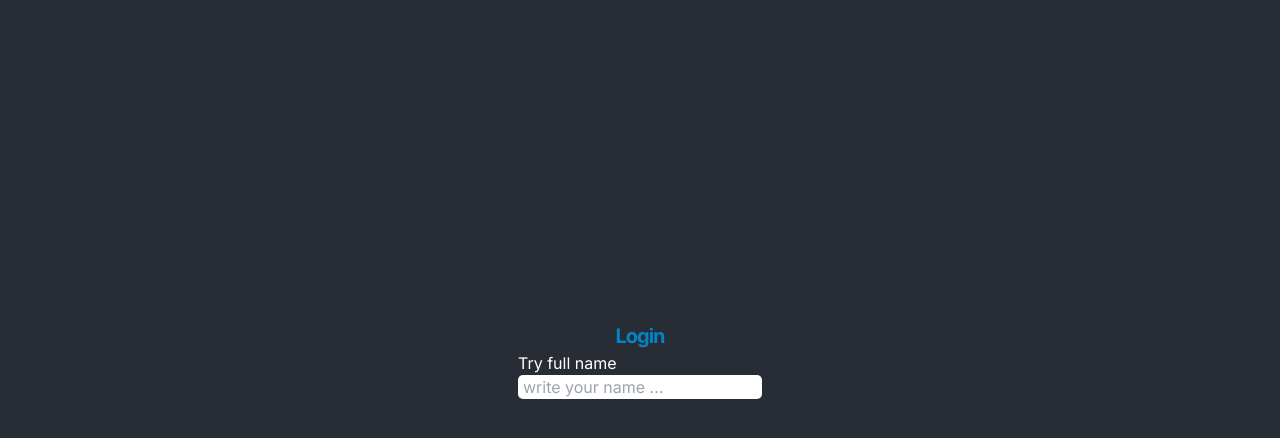
Repository: devsecops-node/simple-play
Page: /
The author's editor kept a copy of each file at every save. The page is drawn from the files as they stood at one save, then again after the next save.
The browser window is 1280 px wide. The pictures show the whole page.
The project was rebuilt for these pictures with package versions that can differ from the ones it lists, and the page was loaded fresh each time. The framework's server and built-in components were replaced by stand-ins that run in the browser. Also part of the build but not shown: next.config.mjs.

Above is the page before, as saved 2024-06-21 12:23:20.

### src/app/(main)/page.tsx
import Image from "next/image";
import Container from "../_components/Container";

export default function Home() {
  return (
    <Container>
      <h1 className="text-[20px] text-sky-600 font-bold tracking-tighter">Login</h1>
      <form action="/" className="flex flex-col">
        <section className="flex flex-col">
          <label htmlFor="name" >Try full name</label>
          <input type="text" placeholder="write your name ..." id="name"/>
        </section>
      </form>
    </Container>
  );
}

### src/app/globals.css
@tailwind base;
@tailwind components;
@tailwind utilities;

:root {
  --foreground-rgb: 0, 0, 0;
  --background-start-rgb: 214, 219, 220;
  --background-end-rgb: 255, 255, 255;
}

@media (prefers-color-scheme: dark) {
  :root {
    --foreground-rgb: 255, 255, 255;
    --background-start-rgb: 0, 0, 0;
    --background-end-rgb: 0, 0, 0;
  }
}

body {
  color: rgb(var(--foreground-rgb));
  background: linear-gradient(
      to bottom,
      transparent,
      rgb(var(--background-end-rgb))
    )
    rgb(var(--background-start-rgb));
}

@layer utilities {
  .text-balance {
    text-wrap: balance;
  }
}

input{
  color: black;
  padding: 0 5px;
  border-radius: 5px;
  -webkit-border-radius: 5px;
  -moz-border-radius: 5px;
  -ms-border-radius: 5px;
  -o-border-radius: 5px;
}

### src/app/_components/Container.tsx
import React from 'react'

const Container = ({ children }: { children: React.ReactNode }) => {
  return (
    <div className='bg-[#282c34] h-screen text-white flex flex-col justify-center items-center'>
      {children}
    </div>
  )
}

export default Container

Loaded but not shown: src/app/layout.tsx (common file); tailwind.config.ts (common file)

After the next save:
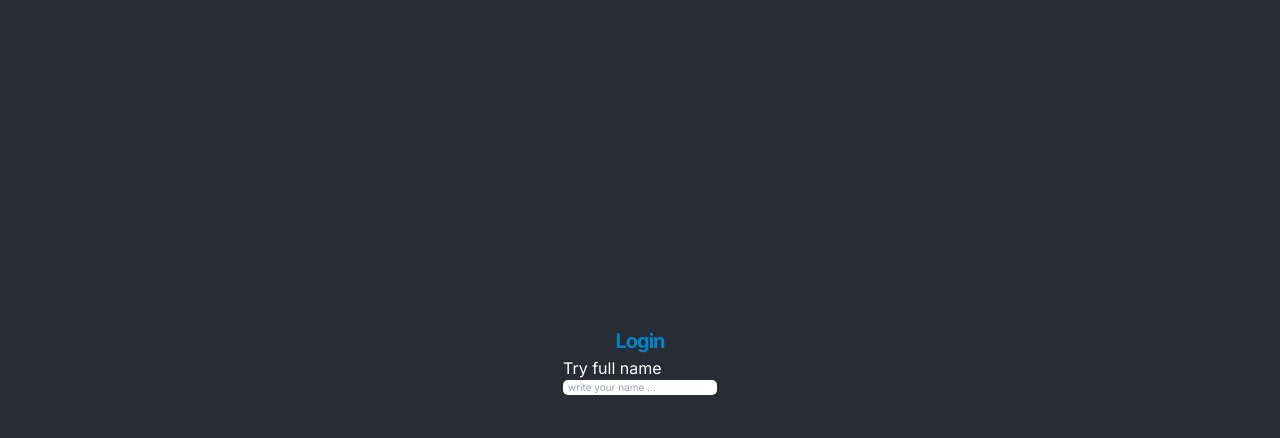
Saved 14 s later.
--- a/src/app/globals.css
+++ b/src/app/globals.css
@@ -40,4 +40,5 @@ input{
   -moz-border-radius: 5px;
   -ms-border-radius: 5px;
   -o-border-radius: 5px;
+  font-size: 10px;
 }
